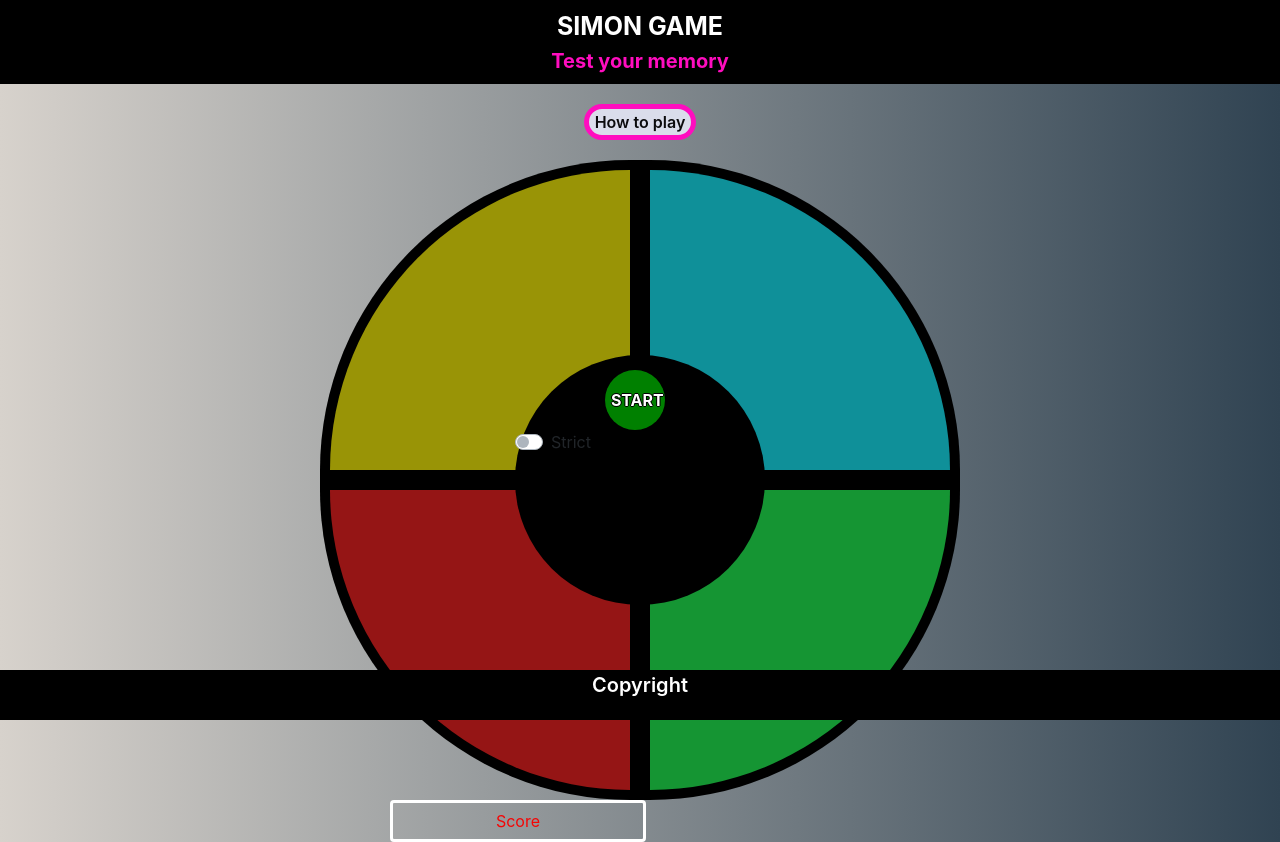
Repository: murphya14/Simon-game
Page: index.html
The author's editor kept a record of every edit. The page is drawn from the files as they stood at one moment, then again after the next edit.
The browser window is 1280 px wide. The pictures show the whole page.

Above is the page before.
Console error: SyntaxError: Unexpected end of input

### index.html
<!DOCTYPE html>
<html lang="en">

<head>
    <meta charset="UTF-8">
    <meta name="viewport" content="width=device-width, initial-scale=1, shrink-to-fit=no">
    <meta http-equiv="X-UA-Compatible" content="ie=edge">
    <meta charset="UTF-8">

    <meta name="description" content="Simon Memory Game">
    <meta name="keywords" content="Simon Memory, Memory Game, Game, Puzzle, Fun, Challenge">
    <meta name="author" content="Aisling Murphy">
    <link rel="stylesheet" href="assets/css/style.css" type="text/css" />
    <link href="/YOUR_PATH/favicon.ico" rel="icon" type="image/x-icon" />
    <link rel="stylesheet" href=" https://stackpath.bootstrapcdn.com/font-awesome/4.7.0/css/font-awesome.min.css" type="text/css" />
    <link href="https://fonts.googleapis.com/css?family=Orbitron&display=swap" rel="stylesheet">
    <link href="https://fonts.googleapis.com/css?family=Shojumaru&effect=3d rel='stylesheet' type='text/css">
    <link rel="stylesheet" href="https://stackpath.bootstrapcdn.com/bootstrap/4.3.1/css/bootstrap.min.css" integrity="sha384-ggOyR0iXCbMQv3Xipma34MD+dH/1fQ784/j6cY/iJTQUOhcWr7x9JvoRxT2MZw1T" crossorigin="anonymous">
    <link href="data:[embedded picture, 1901 characters]"
        rel="icon" type="image/x-icon" />
    <title>Simon Game</title>


</head>

<body>
    <header>
        <nav class="navbar navbar-expand-lg flex-column container-fluid">
            <div="row">
                <div class="col-12 header">Simon Game</div>
                </div>
                <div class="row">
                    <div class="col-12 sub-heading">Test your memory</div>
                </div>
    </header>
    </nav>

<div class="wrapper">
    <div class="container flex-column">

        <div class="row">
            <div class="col center">
                <!---Aided by https://www.pair.com/support/kb/how-to-use-jquery-to-generate-modal-pop-up-when-clicked/--->

                <div class="how-to popup-overlay">
                    <!--Creates the popup content-->
                    <div id="how-to-p" class="popup-content">
                        <h2>How to Play</h2>
                        <p> This is an example pop-up that you can make using jQuery. lorem ipsum keyboard shortcuts. Select how much text you want from the menu item in Edit->Text->Lorem Ipsum or in the right click menu in Lorem Ipsum. Press the shortcut
                            key (Alt+Shift+L) to add Lorem Ipsum text. Keep pressing to add more.</p>
                        <!--popup's close button-->
                        <button class="close">Close</button>
                    </div>
                </div>
                <!--Content shown when popup is not displayed-->

                <button id="how-to" class="open how-to">How to play</button>
            </div>
        </div>
    </div>

        <!---Help from https://www.danpurdy.co.uk/tutorial/simon-says-game-in-jquery-tutorial/-->

        <div class="row">
            <div class="col">
                <div class="background-circle">
                    <div class="pad one" data-pad="1" id="1">
                        <audio preload="auto" class="sound1" data-pad="1">
                  <source src="sounds/mp3/sounds_01.mp3" type="audio/mpeg"/>
               </audio>
                    </div>
                    <div class="pad two" id="2" data-pad="2">
                        <audio preload="auto" class="sound2" data-pad="2">
          <source src="sounds/mp3/sounds_02.mp3" type="audio/mpeg"/>
                 </audio>
                    </div>
                    <div class="pad three" id="3" data-pad="3">
                        <audio preload="auto" class="sound3" data-pad="3">
                <source src="sounds/mp3/sounds_03.mp3" type="audio/mpeg"/>

                </audio>
                    </div>
                    <div class="pad four" id="4" data-pad="4">
                        <audio preload="auto" class="sound4" data-pad="4">
                  <source src="sounds/mp3/sounds_04.mp3" type="audio/mpeg"/>
                </audio>
                    </div>

                    <div class="circle">

                    <button class="center start-button" id="start">Start</button>

                 <!--- Aided by https://mdbootstrap.com/docs/jquery/forms/switch/--->
                    <div class="custom-control custom-switch">
                        <input type="checkbox" id="strict" class="custom-control-input" data-on="Ready" data-off="Not Ready" data-onstyle="success" data-offstyle="danger" id="customSwitches">
                        <label class="custom-control-label" for="customSwitches">Strict</label>
                    </div>
                    </div>

                    <button class="btn" type="button" id="counter" onclick="counter()">Score</button>

                    </div>

                </div>

            </div>

        </div>
 </div>
        <footer class="footer flex-column">
            <p class="col"> Copyright </p>
        </footer>

        <script src="https://code.jquery.com/jquery-3.3.1.slim.min.js" integrity="sha384-q8i/X+965DzO0rT7abK41JStQIAqVgRVzpbzo5smXKp4YfRvH+8abtTE1Pi6jizo" crossorigin="anonymous"></script>
        <script src="https://ajax.googleapis.com/ajax/libs/jquery/3.3.1/jquery.min.js"></script>
        <script src="https://cdnjs.cloudflare.com/ajax/libs/popper.js/1.14.7/umd/popper.min.js" integrity="sha384-UO2eT0CpHqdSJQ6hJty5KVphtPhzWj9WO1clHTMGa3JDZwrnQq4sF86dIHNDz0W1" crossorigin="anonymous"></script>
        <script src="https://stackpath.bootstrapcdn.com/bootstrap/4.3.1/js/bootstrap.min.js" integrity="sha384-JjSmVgyd0p3pXB1rRibZUAYoIIy6OrQ6VrjIEaFf/nJGzIxFDsf4x0xIM+B07jRM" crossorigin="anonymous"></script>
        <script type="text/javascript" src="assets/js/make.js"></script>
</body>

</html>

### assets/css/style.css
@import url('https://fonts.googleapis.com/css?family=Orbitron&display=swap');


body {
background-image: linear-gradient(to right, #d7d2cc 0%, #304352 100%);
/*background sourced from https://webgradients.com/*/
    height: 100%;
    font-family: 'Orbitron', sans-serif;
    font-size: 20px;
    text-align: center;
    position: relative;
    width: 100%;
    margin: auto;
}

.wrapper {
    position: relative;
    width: 640px;
    margin: 0 auto;

}

.uppercase {text-transform: uppercase}


.center {
    text-align: center;
    ;
}

/*Nav/header styling*/

.navbar {background-color: black;
    color: white;
    font-weight: 700;
}

.header {
    position: fixed;
    font-size: 25px;
    text-transform: uppercase;

    text-align: center;

}

.sub-heading {
    position: fixed;
    font-size:20px;
    text-align: center;
    color: #ff0dbf;
}


/*Shapes*/

.circle {
    position: absolute;
    top: 195px;
    left: 195px;
    width: 250px;
    height: 250px;
    background: #000;
    border-radius: 125px;
    z-index: 10;
}

.background-circle {
    position: absolute;
    top: 0px;
    width: 640px;
    height: 640px;
    z-index: 0;
    background-color: black;
    border-radius: 310px;
}


.pad {

    width: 300px;
    height: 300px;
    float: left;
    z-index: 1;
    margin: 10px;
    -ms-filter: "progid:DXImageTransform.Microsoft.Alpha(Opacity=60)";
    filter: alpha(opacity=60);
    opacity: 0.6;
    /*Opacity changes in JS based on the game being played*/
}



.one {
    border-top-left-radius: 300px;
    background-color: #FFF70B;
}

.two {
    float: left;
    border-top-right-radius: 300px;
    background-color: #19F0FF;
    clear: right;
}

.three {
    float: left;
    border-bottom-left-radius: 300px;
    background-color: #F92323;
    clear: left;
}

.four {
    float: left;
    border-bottom-right-radius: 300px;
    background-color: #23F955;

}

/*Buttons*/

/*Styling for modul button*/

.how-to {
    color: #0b0b0d;
    border: 5px solid #ff0dbf;
    background-color: #daddeb;
    font-weight: 600;
    border-radius: 25px;

    margin: 20px;
    text-align: center;
    cursor: pointer;
}

.how-to:hover {
    background-color: #ff0dbf;
    color: white;
    font-weight: 700;
}

#how-to-p {
    Background-color: #ff0dbf;
    border-radius: 2em 2em 2em 2em / 1em 1em 1em 1em;
    color: black;
    width: 100%;

    text-align:center;
}
/*-----------------------------------Pop up modaL activation*/

.popup-overlay {
  /*Hides pop-up when there is no "active" class*/
  visibility: hidden;
  position: absolute;
  background: #ffffff;
  border: 3px solid #666666;
  width: 50%;
  height: 50%;
  left: 25%;
}

.popup-overlay.active {
  /*displays pop-up when "active" class is present*/
  visibility: visible;
  text-align: center;
  z-index: 10;
}

.popup-content {
  /*Hides pop-up content when there is no "active" class */
  visibility: hidden;
}

.popup-content.active {
  /*Shows pop-up content when "active" class is present */
  visibility: visible;
   z-index: 10;
   width:100%;
   padding:10px;
}


.how-to-p, h2 {color: white;}

.close {color:white;
    font-weight: 700;
}

.hide {display:none;}

.start-button {
    width: 60px;
    height: 60px;
    background-color: green;
    border-radius: 310px;
    text-align: center;
    font-weight: 700;
    margin-left: 90px;
    margin-top: 15px;
    text-transform: uppercase;
    border: 20px;
    border-color: #0B7842;
    text-shadow: -1px 0 black, 0 1px black, 1px 0 black, 0 -1px black;
    color: white;
    cursor: pointer
}

.start-button:hover {
    background-color: #49fb35
}

.begin-game-start {background-color: "#49fb35"}

.begin-game-pads {opacity:1;}

#counter {

  width: 40%;
  text-align: center;
  margin-left:70px;
  color:#F50505;
  border: solid white;


}

/*-----------------------------------slider- using help from https://www.w3schools.com/howto/howto_css_switch.asp*/
.switch {
  position: relative;
  display: inline-block;
  width: 60px;
  height: 24px;
}

/* Hide default HTML checkbox */
.switch input {
  opacity: 0;
  width: 0;
  height: 0;
}

/* The slider */
.slider {
  position: absolute;
  cursor: pointer;
  top: 0;
  left: 0;
  right: 0;
  bottom: 0;
  background-color: #ccc;
  -webkit-transition: .4s;
  transition: .4s;
}

.slider:before {
  position: absolute;
  content: "";
  height: 26px;
  width: 26px;
  left: 4px;
  bottom: 0px;
  background-color: white;
  -webkit-transition: .4s;
  transition: .4s;
}

input:checked + .slider {
  background-color: #F7135F;
}

input:focus + .slider {
  box-shadow: 0 0 1px #2196F3;
}

input:checked + .slider:before {
  -webkit-transform: translateX(26px);
  -ms-transform: translateX(26px);
  transform: translateX(26px);
}

/* Rounded sliders */
.slider.round {
  border-radius: 34px;
}

.slider.round:before {
  border-radius: 50%;
}

.strict{color:white}

#strictButton {margin:15px;
margin-left: 55px;

}




/*Footers*/

.footer {
    position: fixed;
    left: 0;
    bottom: 0;
    width: 100%;
    text-align: center;
    font-size: 10px;
    margin:0;
    color: white;
    background-color: black;
    height: 50px;
    font-size: 20px;
    font-weight: 600;

}

### assets/js/make.js
let order = [];
let playerOrder = [];
let flash;
let turn;
let good;
let compTurn;
let intervalId;
let Strict =false;
let noise = true;
let on = false;
let win;


let offNoise = new Audio('');
let winNoise = new Audio('');
let strictNoise = new Audio('');



const turnCounter = document.querySelector("#turn");
const topLeft = document.querySelector("#one");
const topRight = document.querySelector("#two");
const bottomLeft = document.querySelector("#three");
const bottomRight = document.querySelector("#four");
const strictButton = document.querySelector("#strict");
const onButton = document.querySelector("#on");
const startButton = document.querySelector("#start");



 /*--------------------------------------------------------------------------------Modal button*/
$(".open").on("click", function() {
  $(".popup-overlay, .popup-content").addClass("active");

});

//removes the "active" class to .popup and .popup-content when the "Close" button is clicked
$(".close, .popup-overlay").on("click", function() {
  $(".popup-overlay, .popup-content").removeClass("active");
});

 /*--------------------------------------------------------------------------------- start button*/

$('#on').click(function() {
  $("#start").addClass('begin-game-start');

  $(".pad").addClass('begin-game-pads');

onButton.addEventListener('click', (event) =>
{
if (onButton.checked == true){
    on = true;
    var start;
    turnCounter.innerHTML = '--';
    }
else {on = false;
    turnCounter.innerHTML = "Score";
    clearColor();
    clearInterval(intervalId);
  }

})

 /*----------------------------------------------------------------------------------COUNTER*/
function counter (){
    var currentVal = document.getElementById("counter").innerHTML;
    var newVal = 0;

    if (currentVal<20){
        newval = currentVal + 1;
    }

    document.getElementById("counter").innerHTML = newVal;
}


/*-------------------------------------------------------------------------------------Strict*/

strictButton.addEventListener('click', () => {
    if (strictButton.dataOn == true) {
        strict = true;
    }
    else {
        strict = false;

    }
});

After the next edit:
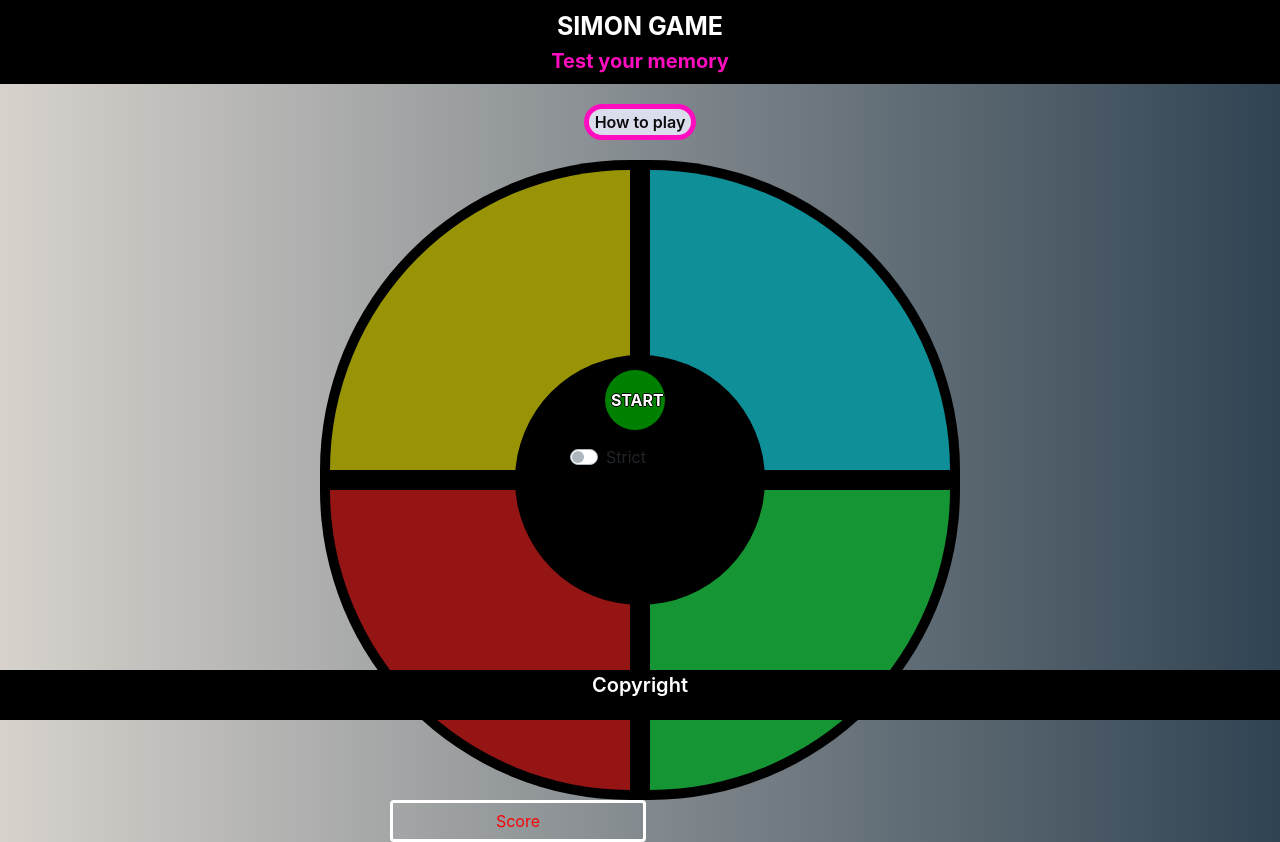
The edit:
--- a/index.html
+++ b/index.html
@@ -91,7 +91,7 @@
                     <button class="center start-button" id="start">Start</button>
 
                  <!--- Aided by https://mdbootstrap.com/docs/jquery/forms/switch/--->
-                    <div class="custom-control custom-switch">
+                    <div class="custom-control custom-switch" id="strictButton">
                         <input type="checkbox" id="strict" class="custom-control-input" data-on="Ready" data-off="Not Ready" data-onstyle="success" data-offstyle="danger" id="customSwitches">
                         <label class="custom-control-label" for="customSwitches">Strict</label>
                     </div>
